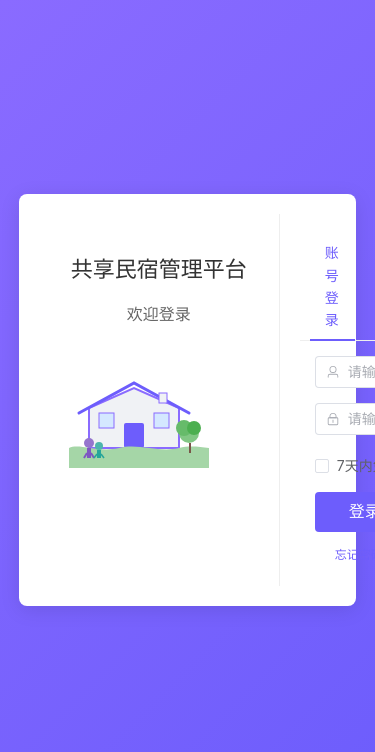
Repository: wuyuwuqi/admin_front
Page: /
These files come from the project's save history. The page is drawn as it stood at one moment and after the next save; the edit follows.
The browser window is 375 px wide. The pictures show the whole page.
The project was rebuilt for these pictures with package versions that can differ from the ones it lists, and the page was loaded fresh each time. Also part of the build but not shown: vite.config.js, src/components/HelloWorld.vue, src/components/WelcomeItem.vue, src/components/icons/IconDocumentation.vue, src/components/icons/IconTooling.vue, src/components/icons/IconEcosystem.vue, src/components/icons/IconCommunity.vue, src/components/icons/IconSupport.vue and 1 more.

Above is the page before, as saved 2025-03-25 19:35:07.

After the next save:
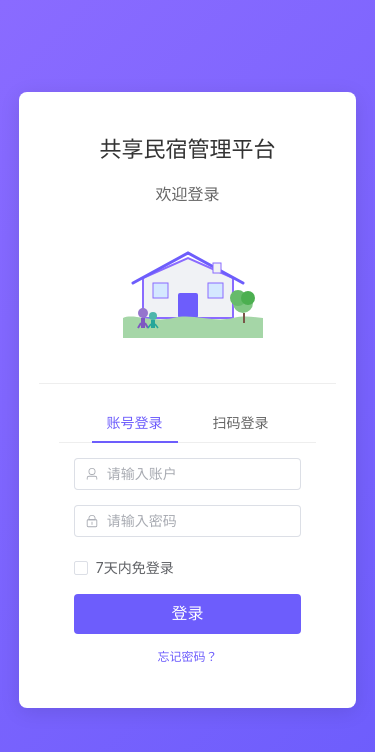
Saved 4 s later.
--- a/src/views/Login.vue
+++ b/src/views/Login.vue
@@ -260,10 +260,23 @@ const handleLogin = () => {
 }
 
 /* 响应式调整 */
-@media (max-width: 480px) {
+@media (max-width: 768px) {
   .login-card {
     width: 90%;
-    max-width: 380px;
+    max-width: 500px;
+    flex-direction: column;
+  }
+
+  .left-section {
+    border-right: none;
+    border-bottom: 1px solid #eee;
+    padding-bottom: 15px;
+  }
+
+  .house-image {
+    width: 150px;
+    height: 120px;
+    margin: 10px auto;
   }
 }
 </style>
